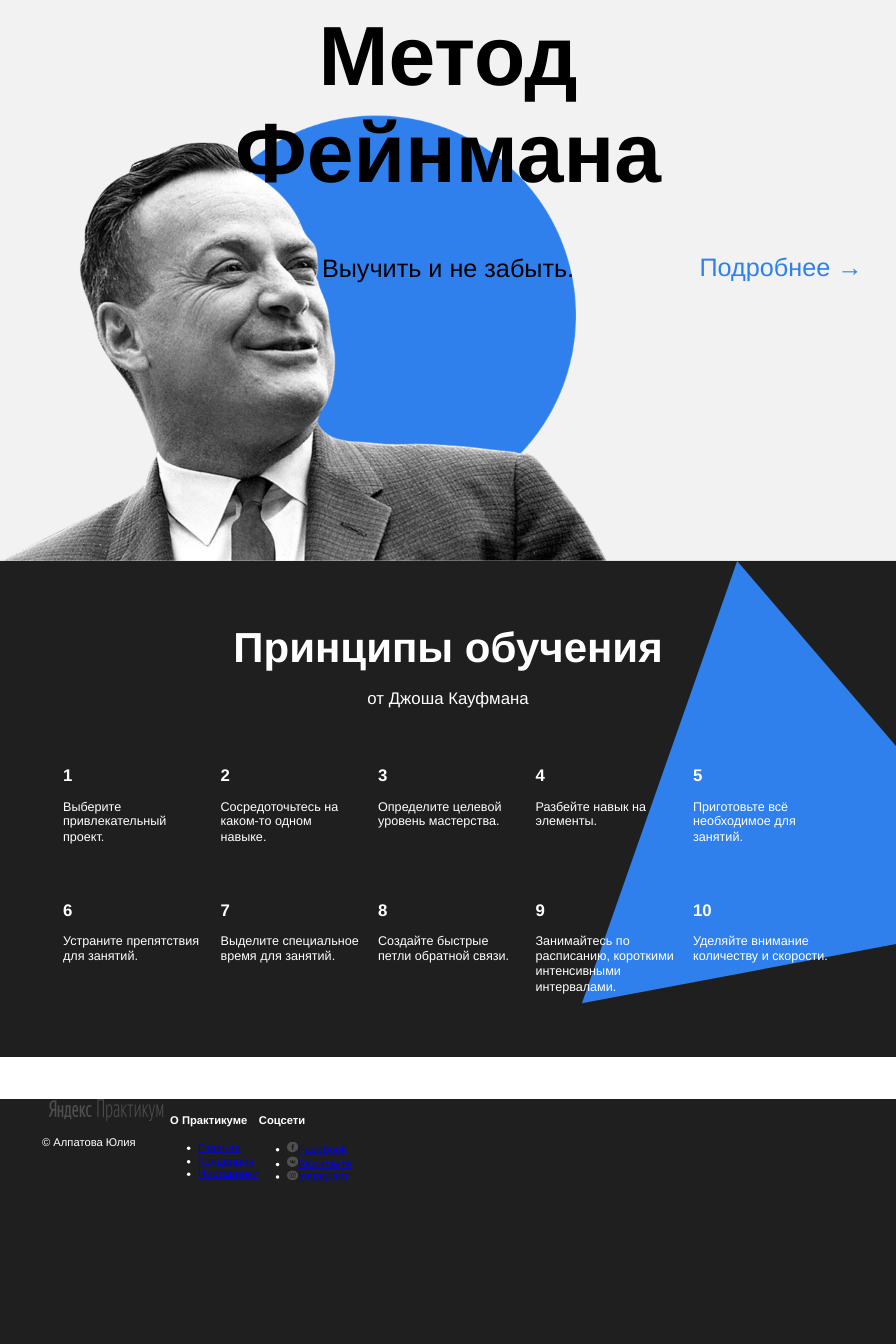
Repository: BlackMothy/how-to-learn
Page: index.html
These files come from the project's save history. The page is drawn as it stood at one moment and after a run of saves; the edit follows.
The browser window is 1280 px wide. The pictures show the part of the page from y = 2060 to 3980 px (the page is 3980 px tall), at 70% of full size.

Above is the page before, as saved 2021-11-05 23:55:21.

After the next 2 saves:
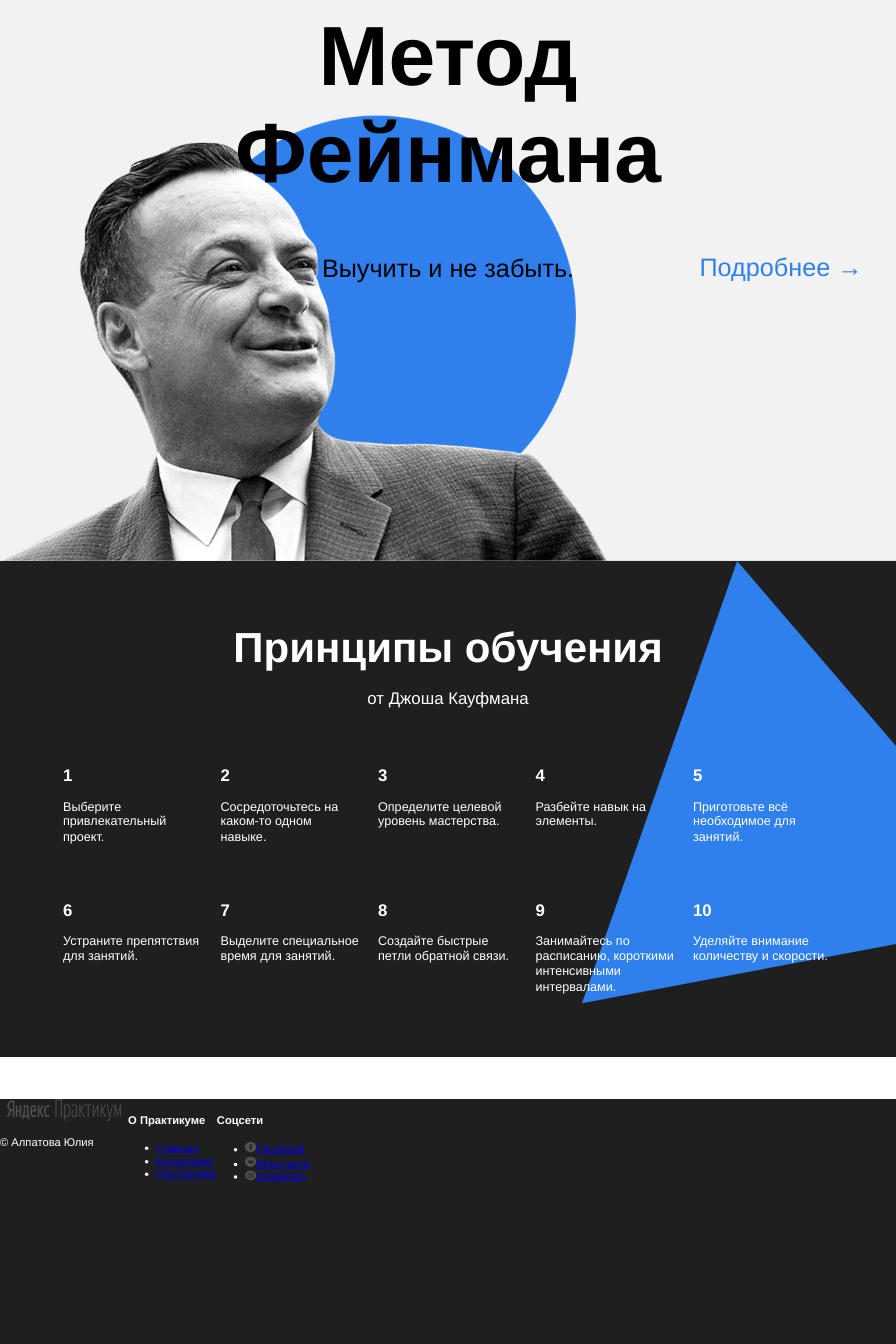
The 2 saves are shown as one change because they came seconds apart.
The last was saved 7 s later.
--- a/styles/style.css
+++ b/styles/style.css
@@ -259,7 +259,7 @@
 }
 
 .footer__columns {
-  margin: 60px;
+  margin: 60px auto;
   display: flex;
 }
 
